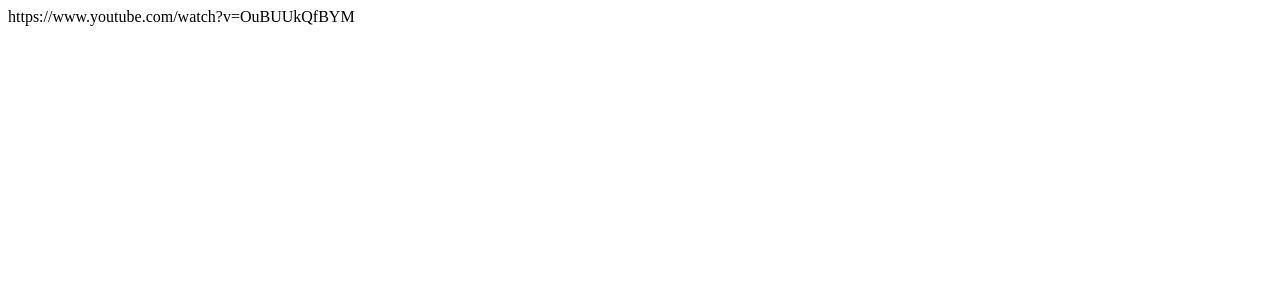
Repository: SriMerla/ServletsAndJsps
Page: http://localhost/DemoJSP/videos.jsp
An editor plug-in stored every save of this project. The page is shown before and after the next save, followed by the edit.
The browser window is 1280 px wide. The pictures show the whole page.
The page is served by Tomcat 9. The session is filled in as if someone had signed in: {"username": "testuser"}. Other server files are loaded and not shown.

Above is the page before, as saved 2020-01-26 19:51:17.

### Servlets/DemoJSP/WebContent/videos.jsp
<%@ page language="java" contentType="text/html; charset=ISO-8859-1"
    pageEncoding="ISO-8859-1"%>
<!DOCTYPE html PUBLIC "-//W3C//DTD HTML 4.01 Transitional//EN" "http://www.w3.org/TR/html4/loose.dtd">
<html>
<head>
<meta http-equiv="Content-Type" content="text/html; charset=ISO-8859-1">
<title>Video Links Page</title>
</head>
<body>
     https://www.youtube.com/watch?v=OuBUUkQfBYM
</body>
</html>

After the next save:
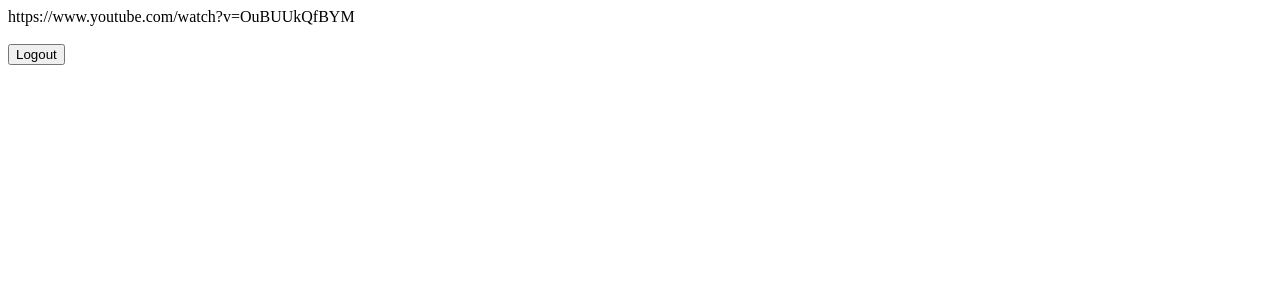
Saved 2 min 23 s later.
--- a/Servlets/DemoJSP/WebContent/videos.jsp
+++ b/Servlets/DemoJSP/WebContent/videos.jsp
@@ -7,6 +7,12 @@
 <title>Video Links Page</title>
 </head>
 <body>
-     https://www.youtube.com/watch?v=OuBUUkQfBYM
+     https://www.youtube.com/watch?v=OuBUUkQfBYM <form action="logout">
+    <br>
+       <form action="logout">
+
+       <input type="submit" value="Logout">
+
+    </form>
 </body>
 </html>
